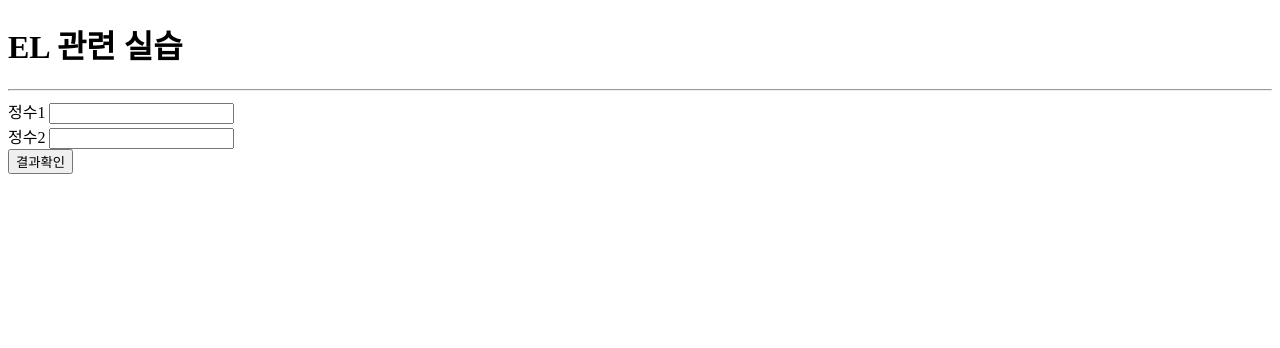
Repository: hyyrim/WebStudy
Page: http://localhost/WebApp22/Test01.jsp
The author's editor kept a copy of each file at every save. The page is drawn from the files as they stood at one save, then again after the next save.
The browser window is 1280 px wide. The pictures show the whole page.
The page is served by Tomcat 9.

Above is the page before, as saved 2021-05-26 03:40:33.

After the next save:
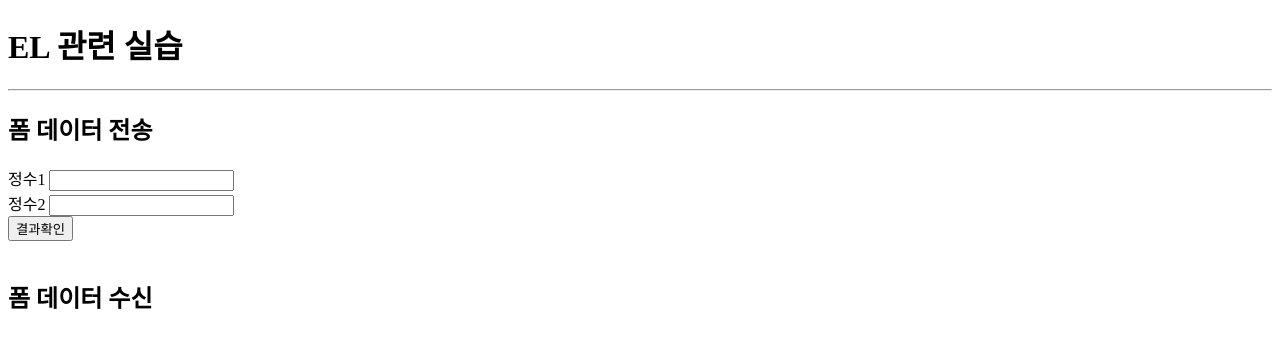
Saved 26 s later.
--- a/WebApp22/WebContent/Test01.jsp
+++ b/WebApp22/WebContent/Test01.jsp
@@ -19,15 +19,18 @@
 </div>
 
 <div>
+	<h2>폼 데이터 전송</h2>
 	<form action="" method="post">
 		정수1 <input type="text" name="su1"><br>
 		정수2 <input type="text" name="su2"><br>
 		<button type="submit">결과확인</button>
+	</form>
+</div>
 
+<br>
 
-	</form>
-
-
+<div>
+	<h2>폼 데이터 수신</h2>
 </div>
 
 </body>
